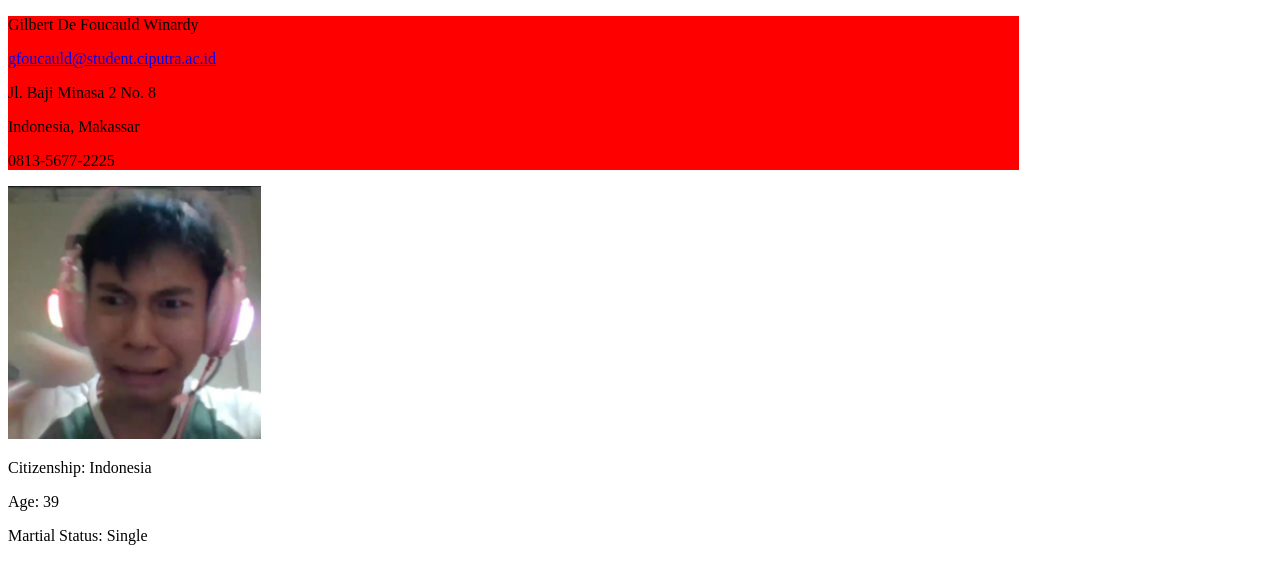
Repository: Gibekkk/WebPro
Page: Tugas Lab 1/index.html
An editor plug-in stored every save of this project. The page is shown before and after a run of saves, followed by the edit.
The browser window is 1280 px wide. The pictures show the whole page.

Above is the page before, as saved 2024-03-25 12:54:58.

### Tugas Lab 1/index.html
<!DOCTYPE html>
<html lang="en">
<head>
    <meta charset="UTF-8">
    <meta name="viewport" content="width=device-width, initial-scale=1.0">
    <title>Portfolio</title>
    <link rel="stylesheet" href="style.css">
</head>
<body>
    <header>
        <div class="title">
            <p class="name">Gilbert De Foucauld Winardy</p>
            <a href="gfoucauld@student.ciputra.ac.id">gfoucauld@student.ciputra.ac.id</a>
            <p>Jl. Baji Minasa 2 No. 8</p>
            <p>Indonesia, Makassar</p>
            <p>0813-5677-2225</p>
        </div>
        <div class="picture">
            <img class="profile-pic" src="javin.jpg">
        </div>
        <div class="description">
            <p>Citizenship: Indonesia</p>
            <p>Age: 39</p>
            <p>Martial Status: Single</p>
        </div>
    </header>
</body>
</html>

### Tugas Lab 1/style.css
.title{
    background-color: red;
    width: 80%;
}
img{
    width: 20%;
}
.description, .title{
    line-height: ;
}

After the next 2 saves:
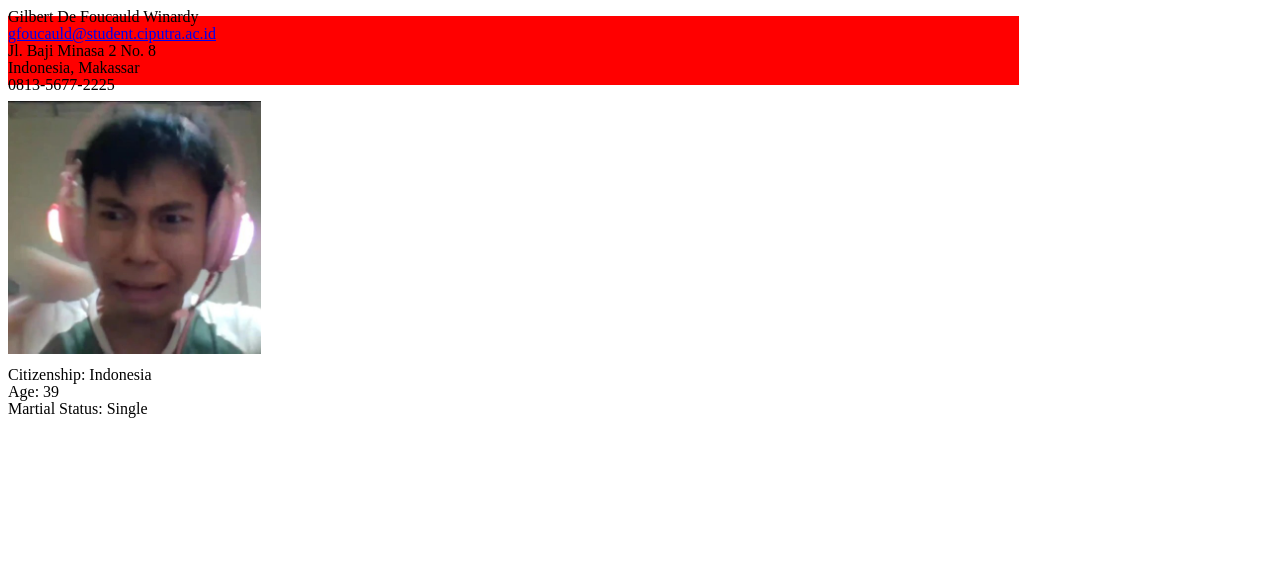
The 2 saves are shown as one change because they came seconds apart.
The last was saved 7 s later.
--- a/Tugas Lab 1/style.css
+++ b/Tugas Lab 1/style.css
@@ -6,5 +6,5 @@ img{
     width: 20%;
 }
 .description, .title{
-    line-height: ;
+    line-height: 1px;
 }
